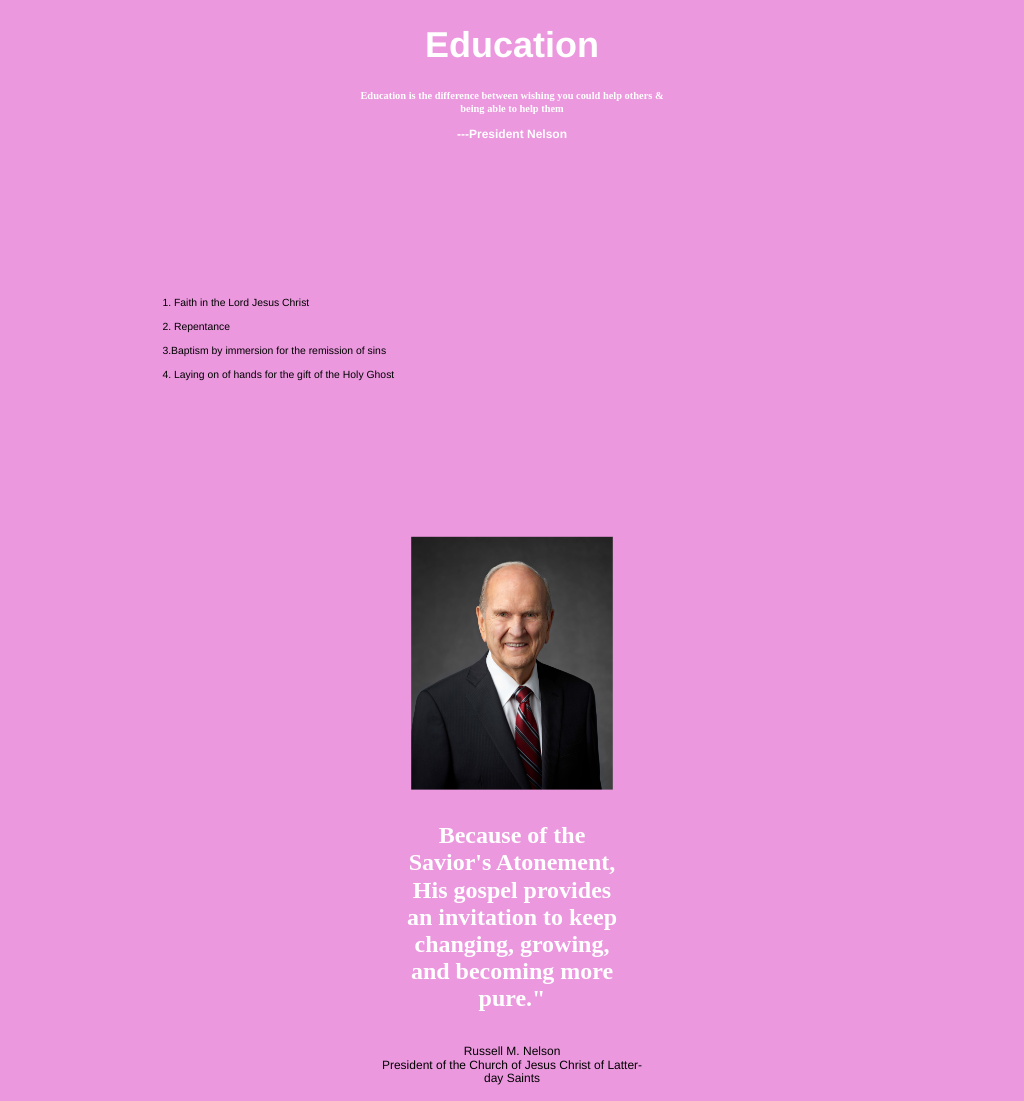
Repository: mszakutumela/wdd130
Page: W04_Challenge/index.html
These files come from the project's save history. The page is drawn as it stood at one moment and after the next save; the edit follows.
The browser window is 1280 px wide. The pictures show the whole page, at 80% of full size.

Above is the page before, as saved 2023-06-05 13:52:06.

After the next save:
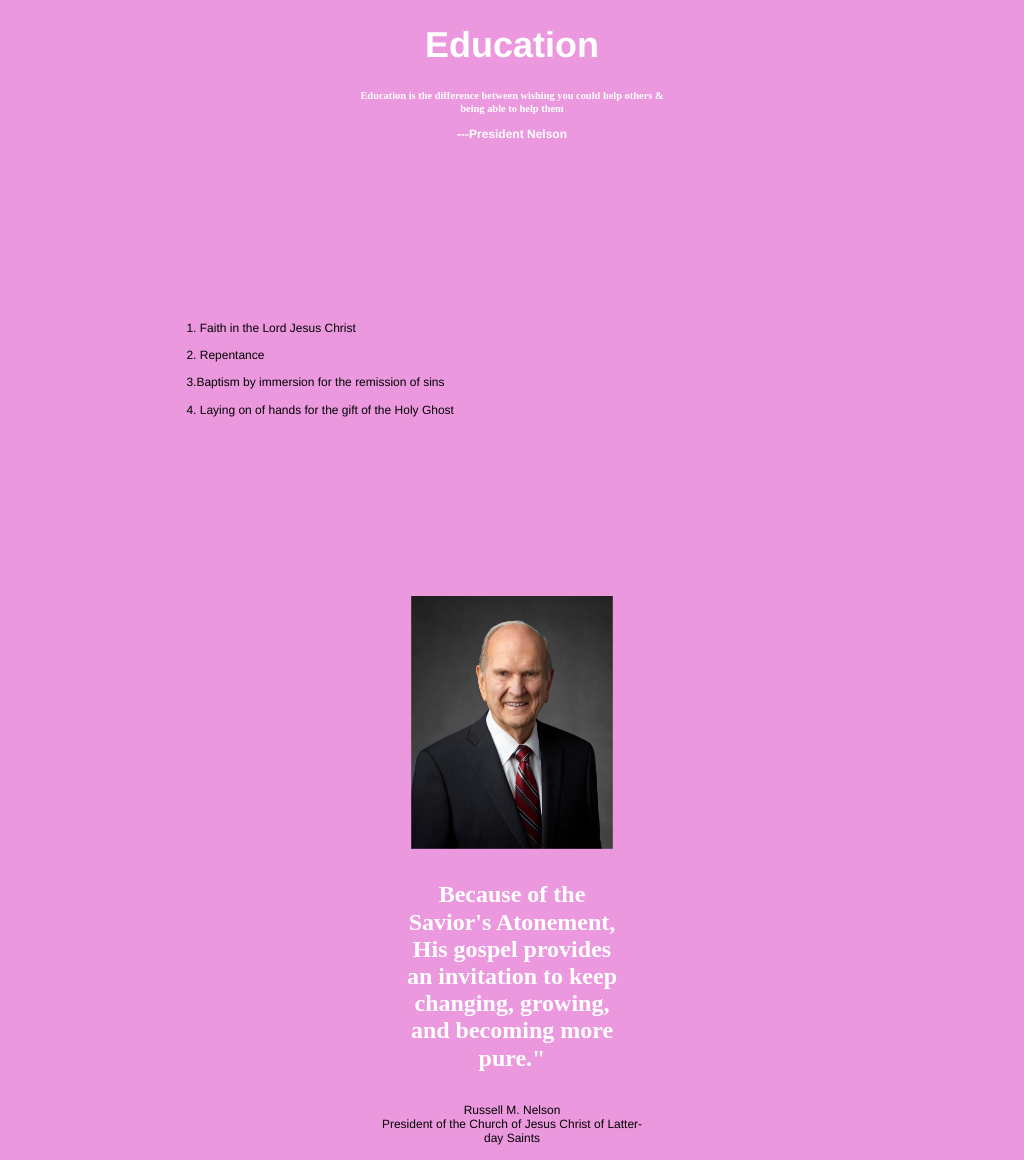
Saved 21 s later.
--- a/W04_Challenge/styles/styles.css
+++ b/W04_Challenge/styles/styles.css
@@ -27,7 +27,7 @@
 }
 p {
     color: black;
-    font-size: 13px;
+    font-size: 15px;
     margin: 15em;
     font-family: Franklin Gothic Medium;
 
